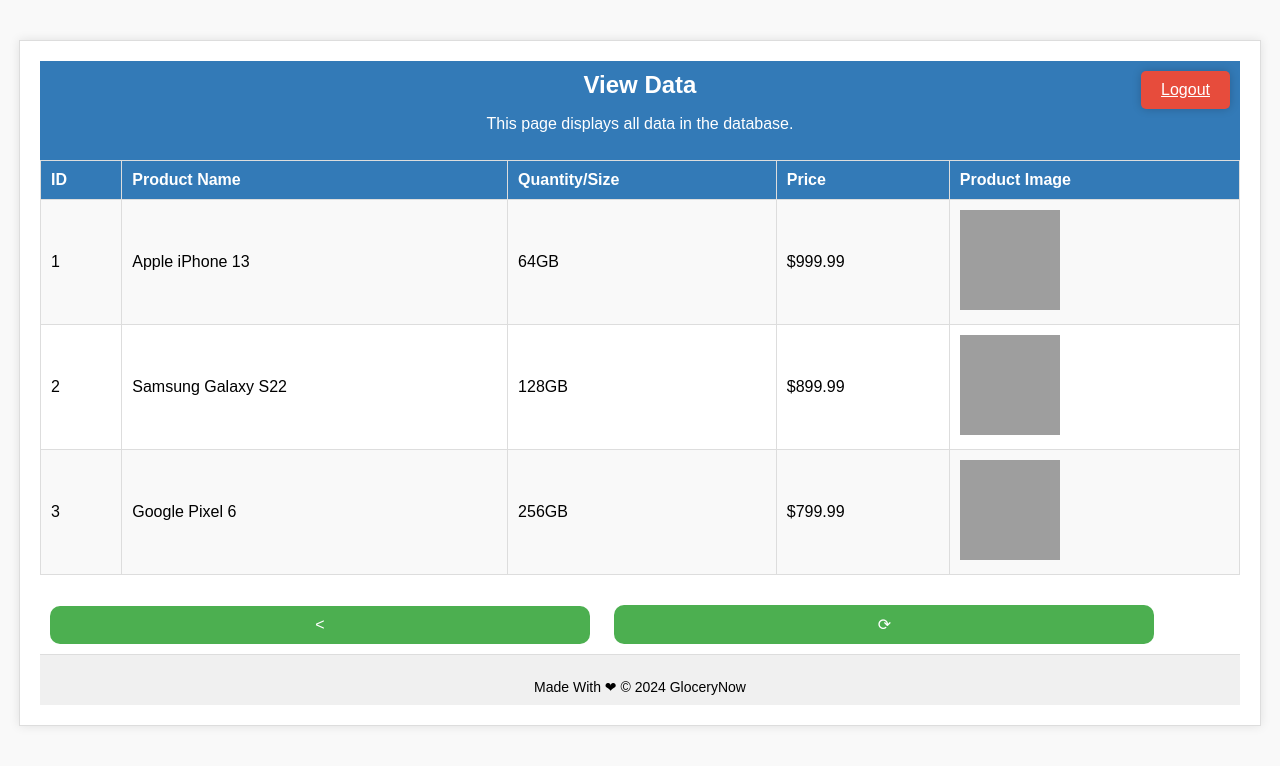
Repository: shamchiwade/GroceryNow
Page: http://localhost/ShopManagement/viewData.jsp
An editor plug-in stored every save of this project. The page is shown before and after the next save, followed by the edit.
The browser window is 1280 px wide. The pictures show the whole page.
Pictures or frames that could not be fetched are drawn as grey boxes. The page is served by Tomcat 10. Nobody is signed in. The application's start-up code is not run. Other server files are loaded and not shown.

Above is the page before, as saved 2024-10-07 19:46:19.

### ShopManagement/src/main/webapp/viewData.jsp
<!-- viewData.jsp -->

<%@ page language="java" contentType="text/html; charset=UTF-8"
	pageEncoding="UTF-8"%>
<!DOCTYPE html>
<html>
<head>
<title>View Data</title>
<style>
body {
	font-family: Arial, sans-serif;
	margin: 0;
	padding: 0;
	background-color: #f9f9f9;
}

.admin-container {
	max-width: 1200px;
	margin: 40px auto;
	padding: 20px;
	background-color: #fff;
	border: 1px solid #ddd;
	box-shadow: 0 0 10px rgba(0, 0, 0, 0.1);
}

.admin-header {
	background-color: #337ab7;
	color: #fff;
	padding: 10px;
	text-align: center;
	border-bottom: 1px solid #337ab7;
	position: relative;
}

.admin-header h1 {
	margin-top: 0;
	font-size: 24px;
}

.logout-button {
	position: absolute;
	top: 10px;
	right: 10px;
	background-color: #e74c3c;
	color: #fff;
	padding: 10px 20px;
	border: none;
	font-size: 16px;
	cursor: pointer;
	border-radius: 5px;
	box-shadow: 0 0 10px rgba(0, 0, 0, 0.2);
}

.logout-button:hover {
	background-color: #c0392b;
}

.data-table {
	width: 100%;
	border-collapse: collapse;
	margin-bottom: 20px;
}

.data-table th, .data-table td {
	border: 1px solid #ddd;
	padding: 10px;
	text-align: left;
}

.data-table th {
	background-color: #337ab7;
	color: #fff;
}

.data-table tr:nth-child(even) {
	background-color: #f9f9f9;
}

.data-table tr:hover {
	background-color: #f2f2f2;
}

.admin-footer {
	background-color: #f0f0f0;
	padding: 10px;
	text-align: center;
	clear: both;
	border-top: 1px solid #ddd;
}

.admin-footer p {
	margin-bottom: 0;
	font-size: 14px;
}

.btn {
	padding: 10px 20px;
	border-radius: 10px;
	border: none;
	color: white;
	cursor: pointer;
	background-color: #4CAF50;
	width: 45%;
	font-size: 16px;
	margin: 10px;
}

.btn:hover {
	background-color: #3e8e41;
}
</style>
</head>
<body>
	<div class="admin-container">
		<div class="admin-header">
			<h1>View Data</h1>
			<p>This page displays all data in the database.</p>
			<a href="logout.jsp" class="logout-button">Logout</a>
		</div>
		<table class="data-table">
			<tr>
				<th>ID</th>
				<th>Product Name</th>
				<th>Quantity/Size</th>
				<th>Price</th>
				<th>Product Image</th>
			</tr>
			<tr>
				<td>1</td>
				<td>Apple iPhone 13</td>
				<td>64GB</td>
				<td>$999.99</td>
				<td><img src="https://example.com/iphone13.jpg" width="100"
					height="100"></td>
			</tr>
			<tr>
				<td>2</td>
				<td>Samsung Galaxy S22</td>
				<td>128GB</td>
				<td>$899.99</td>
				<td><img src="https://example.com/galaxys22.jpg" width="100"
					height="100"></td>
			</tr>
			<tr>
				<td>3</td>
				<td>Google Pixel 6</td>
				<td>256GB</td>
				<td>$799.99</td>
				<td><img src="https://example.com/pixel6.jpg" width="100"
					height="100"></td>
			</tr>
		</table>

		<button class="btn" onclick="location.href='adminHome.jsp'"><%="<"%></button>
		<button class="btn" onclick="location.href='viewData.jsp'">&#10227;</button>

		<div class="admin-footer">
			<p>Made With ❤ &copy; 2024 GloceryNow</p>
		</div>
	</div>
</body>
</html>

After the next save:
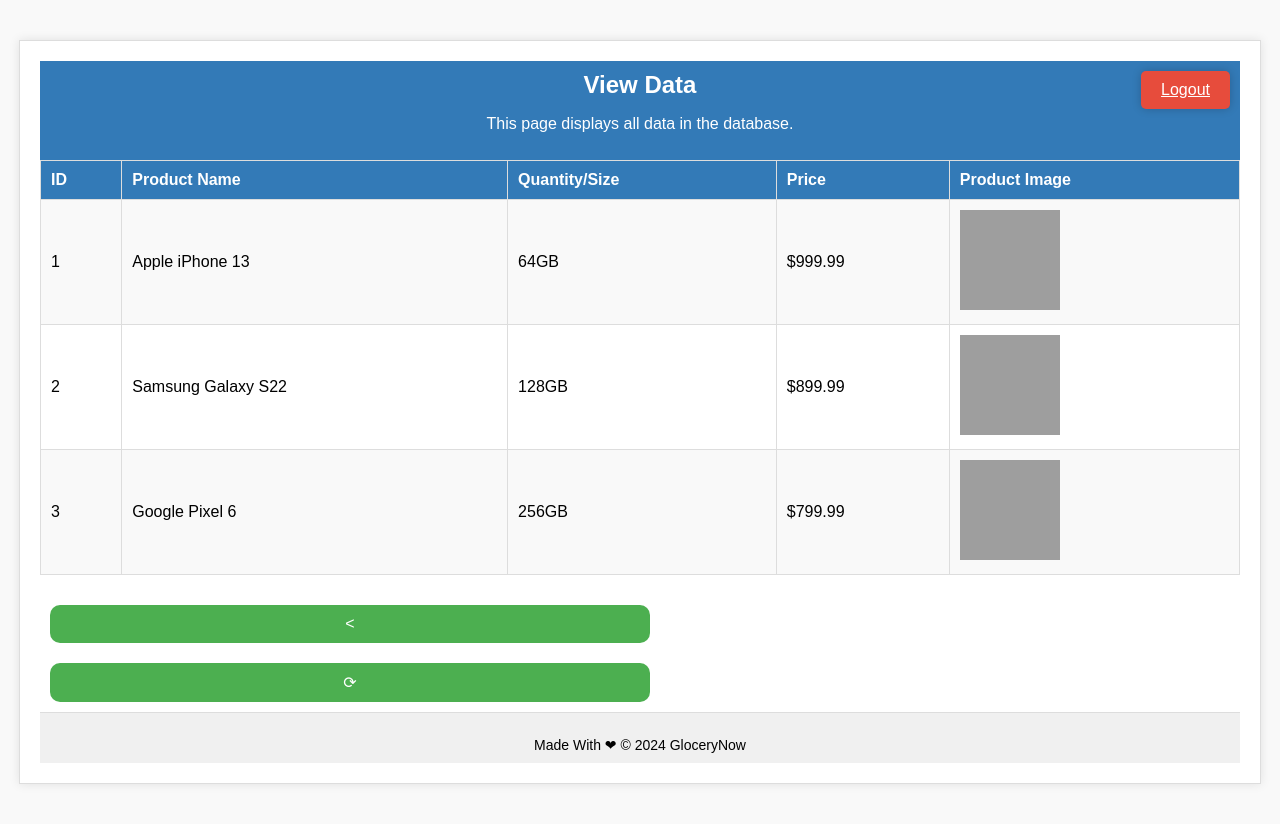
Saved 39 s later.
--- a/ShopManagement/src/main/webapp/viewData.jsp
+++ b/ShopManagement/src/main/webapp/viewData.jsp
@@ -100,7 +100,7 @@
 	color: white;
 	cursor: pointer;
 	background-color: #4CAF50;
-	width: 45%;
+	width: 50%;
 	font-size: 16px;
 	margin: 10px;
 }
